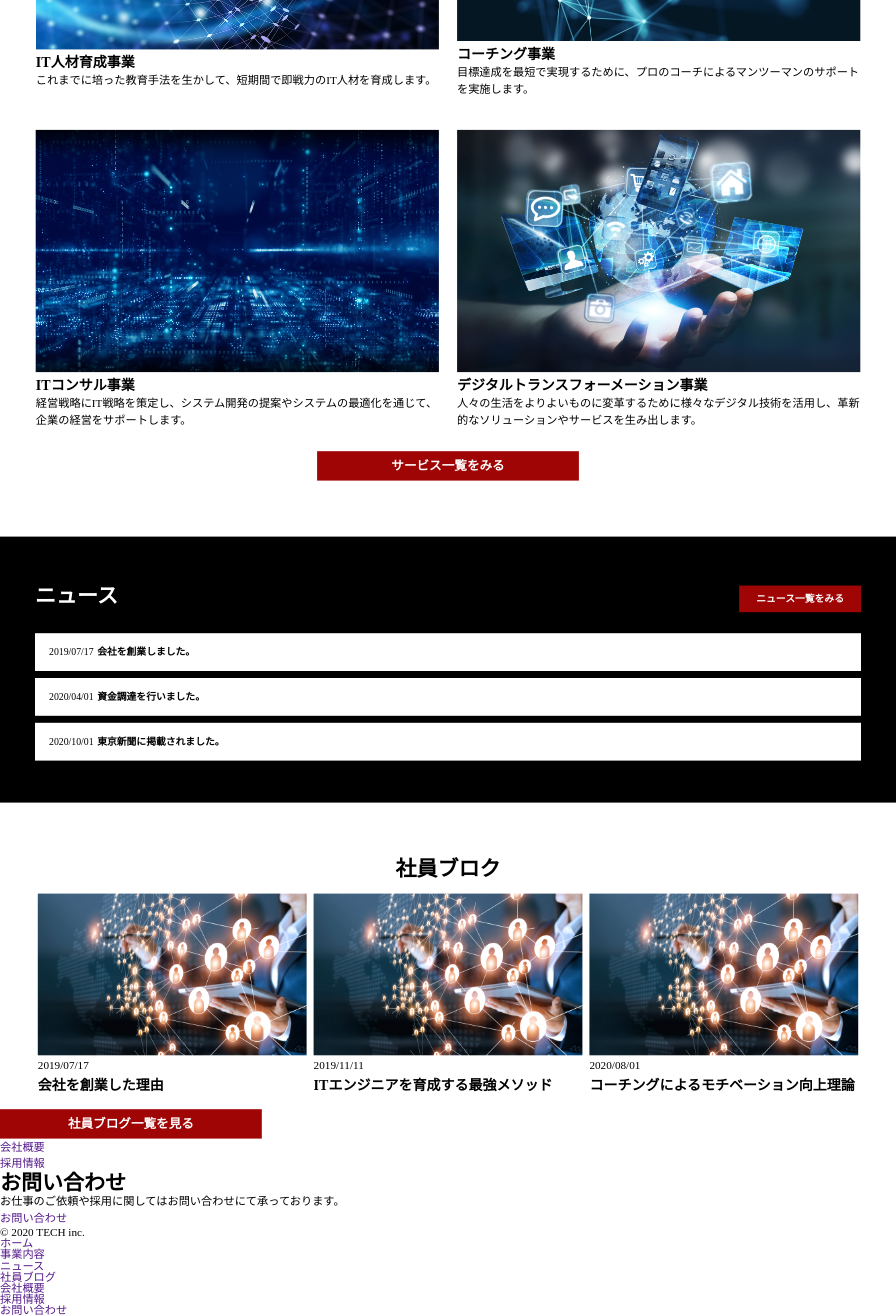
Repository: masanarimiura/20220516_miura
Page: index.html
These files come from the project's save history. The page is drawn as it stood at one moment and after a run of saves; the edit follows.
The browser window is 1280 px wide. The pictures show the part of the page from y = 1412 to 3332 px (the page is 3292 px tall before and 3332 px after), at 70% of full size.

Above is the page before, as saved 2022-05-13 20:46:07.

### index.html
<!DOCTYPE html>
<html lang="ja">

<head>
  <meta charset="UTF-8">
  <meta http-equiv="X-UA-Compatible" content="IE=edge">
  <meta name="viewport" content="width=device-width, initial-scale=1.0">
  <title>Document</title>
  <link rel="stylesheet" href="css/reset.css">
  <link rel="stylesheet" href="css/index.css">
</head>

<body>

  <header class="header">
    <h2 class="header__ttl">TECH</h2>
    <nav class="header__nav">
      <ul>
        <li><a href="" class="header__nav__item1">ホーム</a></li>
        <li><a href="" class="header__nav__item2">事業内容</a></li>
        <li><a href="" class="header__nav__item3">ニュース</a></li>
        <li><a href="" class="header__nav__item4">社員ブログ</a></li>
        <li><a href="" class="header__nav__item5">会社概要</a></li>
        <li><a href="" class="header__nav__item6">採用情報</a></li>
        <li><a href="" class="header__nav__item7">お問い合わせ</a></li>
      </ul>
    </nav>
  </header>

  <div class="eyecatch">
    <div class="eyecatch__content">
      <h1 class="eyecatch__content__ttl">最新のテクノロジーで社会課題を解決</h1>
      <p class="eyecatch__content__txt">solving social issues with the latest tdchnology</p>
    </div>
  </div>

  <div class="message">
    <div class="message__inner">
      <h2 class="message__ttl">株式会社TECHの想い</h2>
      <p class="message__txt">
        あらゆる産業において、新たなデジタル技術を使ってこれまでにないビジネスモデルを展開する新規参入者が養生し、ゲームチェンジが起ころうとしています。こうした中で、各企業は、競争力維持・強化のために。DXを迅速に進めていくことが求められています。しかし、DXにおいて投資コストは非常にかかります。株式会社TECHでは独自のオペレーションと人材教育により、他社よりも価格を抑えた開発を行います。
      </p>
    </div>
  </div>

  <div class="service">
    <h2 class="service__ttl">サービス</h2>
    <div class="service__inner">
      <div class="service__box">
        <img src="img/service1.png" alt="" class="service__box__img">
        <h3 class="service__box__ttl">IT人材育成事業</h3>
        <p class="service__box__txt">これまでに培った教育手法を生かして、短期間で即戦力のIT人材を育成します。</p>
      </div>
      <div class="service__box">
        <img src="img/service2.png" alt="" class="service__box__img">
        <h3 class="service__box__ttl">コーチング事業</h3>
        <p class="service__box__txt">目標達成を最短で実現するために、プロのコーチによるマンツーマンのサポートを実施します。</p>
      </div>
      <div class="service__box">
        <img src="img/service3.png" alt="" class="service__box__img">
        <h3 class="service__box__ttl">ITコンサル事業</h3>
        <p class="service__box__txt">経営戦略にIT戦略を策定し、システム開発の提案やシステムの最適化を通じて、企業の経営をサポートします。</p>
      </div>
      <div class="service__box">
        <img src="img/service4.png" alt="" class="service__box__img">
        <h3 class="service__box__ttl">デジタルトランスフォーメーション事業</h3>
        <p class="service__box__txt">人々の生活をよりよいものに変革するために様々なデジタル技術を活用し、革新的なソリューションやサービスを生み出します。</p>
      </div>
      <a href="" class="button">サービス一覧をみる</a>
    </div>
  </div>

  <div class="news">
    <div class="news__inner">
      <div class="news__ttl">
        <h2 class="news__ttl-txt">ニュース</h2>
        <a href="" class="service__link button">ニュース一覧をみる</a>
      </div>
      <div class="news__content">
        <ul class="news__content-inner">
          <li class="news__content-topic">
            <a herf="">2019/07/17<span>会社を創業しました。</span></a>
          </li>
          <li class="news__content-topic">
            <a herf="">2020/04/01<span>資金調達を行いました。</span></a>
          </li>
          <li class="news__content-topic">
            <a herf="">2020/10/01<span>東京新聞に掲載されました。</span></a>
          </li>
        </ul>
      </div>
    </div>
  </div>
  <div class="blog">
    <h2 class="blog__ttl">社員ブロク</h2>
    <div class="blog__inner">
      <div class="blog__box">
        <a href=""><img src="img/blog.png" alt="" class="blog__img"></a>
        <p class="blog__date">2019/07/17</p>
        <p class="blog__txt">会社を創業した理由</p>
      </div>
      <div class="blog__box">
        <a href=""><img src="img/blog.png" alt="" class="blog__img"></a>
        <p class="blog__date">2019/11/11</p>
        <p class="blog__txt">ITエンジニアを育成する最強メソッド</p>
      </div>
      <div class="blog__box">
        <a href=""><img src="img/blog.png" alt="" class="blog__img"></a>
        <p class="blog__date">2020/08/01</p>
        <p class="blog__txt">コーチングによるモチベーション向上理論</p>
      </div>
    </div>
    <a href="" class="button blog__link">社員ブログ一覧を見る</a>
  </div>

  <div class="info">
    <div class="info__company"><a href="">
        <p class="info__company__ttl">会社概要</p>
      </a></div>
    <div class="info__recruit"><a href="">
        <p class="info__recruit__ttl">採用情報</p>
      </a></div>
  </div>

  <div class="contact">
    <h2 class="contact__ttl">お問い合わせ</h2>
    <p class="contact__txt">お仕事のご依頼や採用に関してはお問い合わせにて承っております。</p>
    <p class="contact__link"><a href="">お問い合わせ</a></p>
  </div>

  <footer class="footer">
    <div class="footer__copy">&copy; 2020 TECH inc.</div>
    <ul class="footer__nav">
      <li><a href="" class="footer__nav__item1">ホーム</a></li>
      <li><a href="" class="footer__nav__item2">事業内容</a></li>
      <li><a href="" class="footer__nav__item3">ニュース</a></li>
      <li><a href="" class="footer__nav__item4">社員ブログ</a></li>
      <li><a href="" class="footer__nav__item5">会社概要</a></li>
      <li><a href="" class="footer__nav__item6">採用情報</a></li>
      <li><a href="" class="footer__nav__item7">お問い合わせ</a></li>
    </ul>
  </footer>


  <script src="js/main.js"></script>
</body>

</html>

### css/reset.css
/*
html5doctor.com Reset Stylesheet
v1.6.1
Last Updated: 2010-09-17
Author: Richard Clark - http://richclarkdesign.com
Twitter: @rich_clark
*/
html,
body,
div,
span,
object,
iframe,
h1,
h2,
h3,
h4,
h5,
h6,
p,
blockquote,
pre,
abbr,
address,
cite,
code,
del,
dfn,
em,
img,
ins,
kbd,
q,
samp,
small,
strong,
sub,
sup,
var,
b,
i,
dl,
dt,
dd,
ol,
ul,
li,
fieldset,
form,
label,
legend,
table,
caption,
tbody,
tfoot,
thead,
tr,
th,
td,
article,
aside,
canvas,
details,
figcaption,
figure,
footer,
header,
hgroup,
menu,
nav,
section,
summary,
time,
mark,
audio,
video {
  margin: 0;
  padding: 0;
  border: 0;
  outline: 0;
  font-size: 100%;
  vertical-align: baseline;
  background: transparent;
}

body {
  line-height: 1;
}

article,
aside,
details,
figcaption,
figure,
footer,
header,
hgroup,
menu,
nav,
section {
  display: block;
}

nav ul {
  list-style: none;
}

blockquote,
q {
  quotes: none;
}

blockquote:before,
blockquote:after,
q:before,
q:after {
  content: "";
  content: none;
}

a {
  margin: 0;
  padding: 0;
  font-size: 100%;
  vertical-align: baseline;
  background: transparent;
}

/* change colours to suit your needs */
ins {
  background-color: #ff9;
  color: #000;
  text-decoration: none;
}

/* change colours to suit your needs */
mark {
  background-color: #ff9;
  color: #000;
  font-style: italic;
  font-weight: bold;
}

del {
  text-decoration: line-through;
}

abbr[title],
dfn[title] {
  border-bottom: 1px dotted;
  cursor: help;
}

table {
  border-collapse: collapse;
  border-spacing: 0;
}

/* change border colour to suit your needs */
hr {
  display: block;
  height: 1px;
  border: 0;
  border-top: 1px solid #cccccc;
  margin: 1em 0;
  padding: 0;
}

input,
select {
  vertical-align: middle;
}

### css/index.css
h2 {
  font-size: 30px;
  font-weight: bold;
}
h3 {
  font-size: 20px;
  font-weight: bold;
  line-height: 1.5;
}
a {
  text-decoration: none;
}
p {
  line-height: 1.5;
}
.button {
  display: block;
  text-align: center;
  color: #fff;
  font-size: 18px;
  font-weight: bold;
  background-color: rgb(160, 5, 5);
  width: 350px;
  padding: 12px;
}

.header {
  display: flex;
  justify-content: space-between;
  text-align: center;
  padding: 20px 30px;
  position: sticky;
  top: 0;
  background-color: #fff;
  z-index: 1;
}
.header__nav ul {
  display: flex;
  justify-content: space-between;
}
.header__nav ul li {
  padding: 0 15px;
  font-size: 16px;
  font-weight: bold;
}
.header__nav ul li a {
  color: #000;
}

.eyecatch {
  display: flex;
  justify-content: center;
  align-items: center;
  text-align: center;
  background: url(../img/mv.png) center/ cover;
  height: 80vh;
}
.eyecatch__content {
  color: #fff;
}
.eyecatch__content__ttl {
  font-size: 50px;
  padding: 20px;
  line-height: 1.5;
}
.eyecatch__content__txt {
  font-weight: bold;
  font-size: 20px;
  padding: 20px;
}

.message {
  background: #000;
  display: flex;
  justify-content: center;
  align-items: center;
}
.message__inner {
  padding: 80px 80px;
}
.message__ttl {
  color: #fff;
}
.message__txt {
  color: #fff;
  line-height: 2;
  text-align: justify;
  padding: 20px 0 0;
}

.service {
  margin-top: 100px;
}
.service__ttl {
  text-align: center;
  margin-bottom: 30px;
}
.service__inner {
  display: flex;
  align-items: center;
  flex-wrap: wrap;
  justify-content: center;
}
.service__box {
  width: 45%;
  height: auto;
  padding: 1%;
  margin-bottom: 20px;
}
.service__box img {
  width: 100%;
  height: auto;
}
.service__button {
  margin-top: 50px;
}
.news {
  background: #000;
  margin-top: 80px;
}
.news__inner {
  padding: 50px 50px;
}
.news__ttl {
  display: flex;
  justify-content: space-between;
  padding: 20px 0;
}
.news__ttl-txt {
  color: #fff;
}
.service__link {
  width: 150px;
  font-size: 14px;
}
.news__content-topic a {
  background-color: #fff;
  margin: 10px 0;
  padding: 20px;
  font-size: 14px;
  display: block;
}
.news__content-topic span {
  font-weight: bold;
  display: inline-block;
  padding: 0 5px;
}

.blog {
  margin-top: 80px;
}
.blog__ttl {
  text-align: center;
}
.blog__inner {
  display: flex;
  justify-content: center;
}
.blog__box {
  width: 30%;
  margin: 20px 5px;
}
.blog__box img {
  width: 100%;
}
.blog__txt {
  font-weight: bold;
  font-size: 20px;
}
.blog__link {
  m40-auto-
}

Loaded but not shown: js/main.js (no copy from this time; the picture is the same without it)

After the next 2 saves:
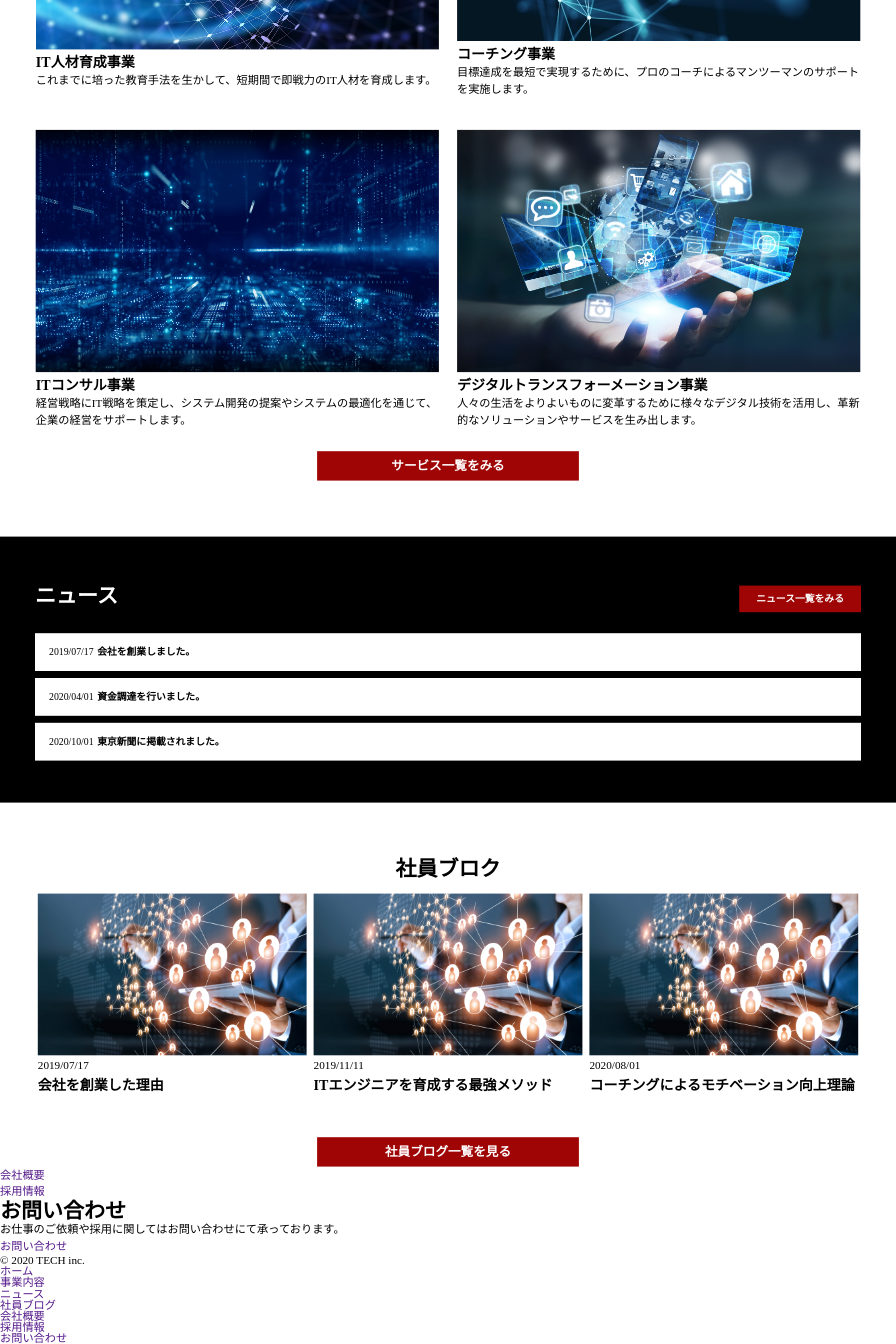
The 2 saves are shown as one change because they came seconds apart.
The last was saved 8 s later.
--- a/css/index.css
+++ b/css/index.css
@@ -168,5 +168,5 @@ p {
   font-size: 20px;
 }
 .blog__link {
-  m40-auto-
+  margin: 40px auto 0;
 }
